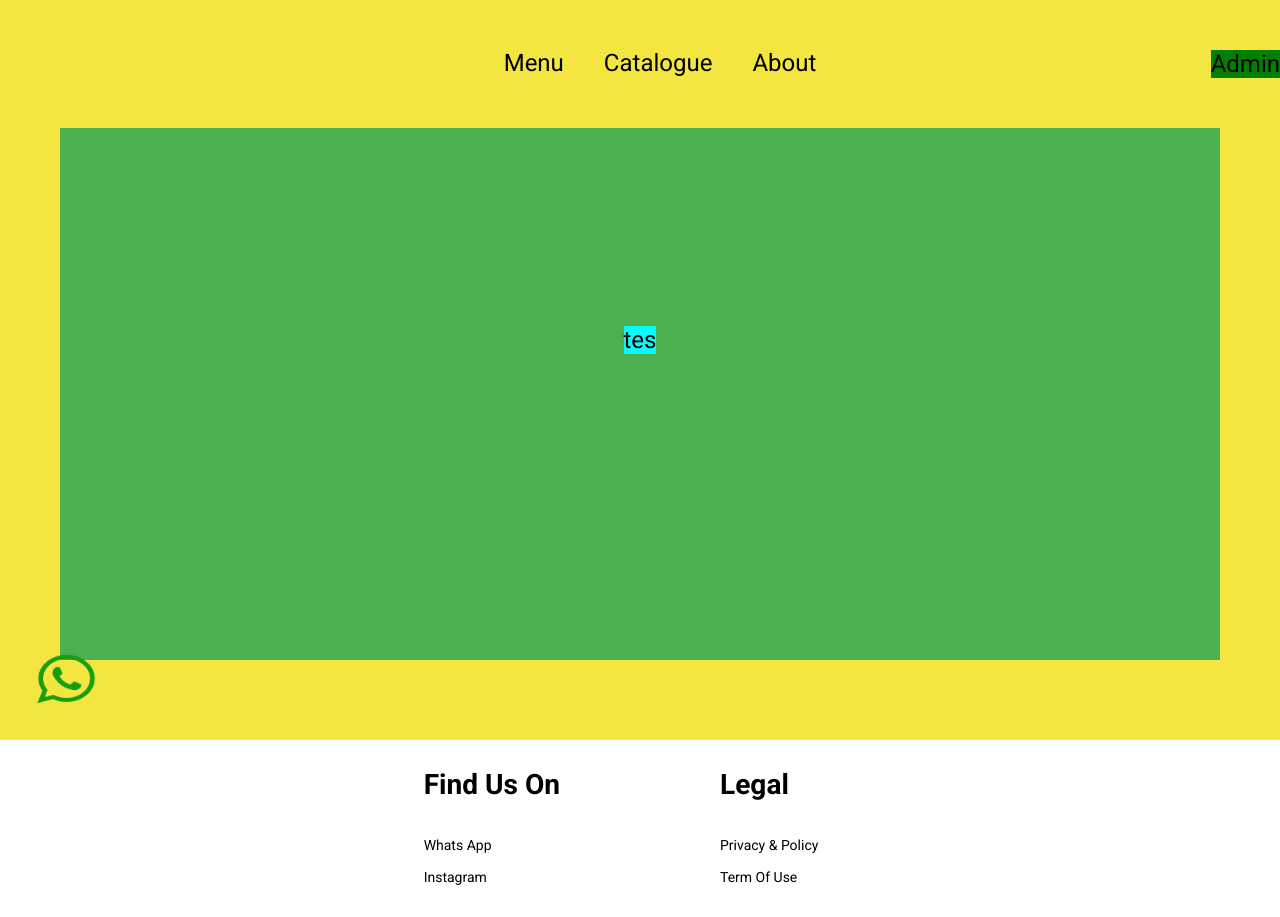
Repository: Fauzaanmhmd/Skripsi
Page: /about
The author's editor kept a copy of each file at every save. The page is drawn from the files as they stood at one save, then again after the next save.
The browser window is 1280 px wide. The pictures show the whole page.
The project was rebuilt for these pictures with package versions that can differ from the ones it lists, and the page was loaded fresh each time. The framework's server and built-in components were replaced by stand-ins that run in the browser. Also part of the build but not shown: next.config.js, components/background.js.

Above is the page before, as saved 2021-06-01 09:25:52.

After the next save:
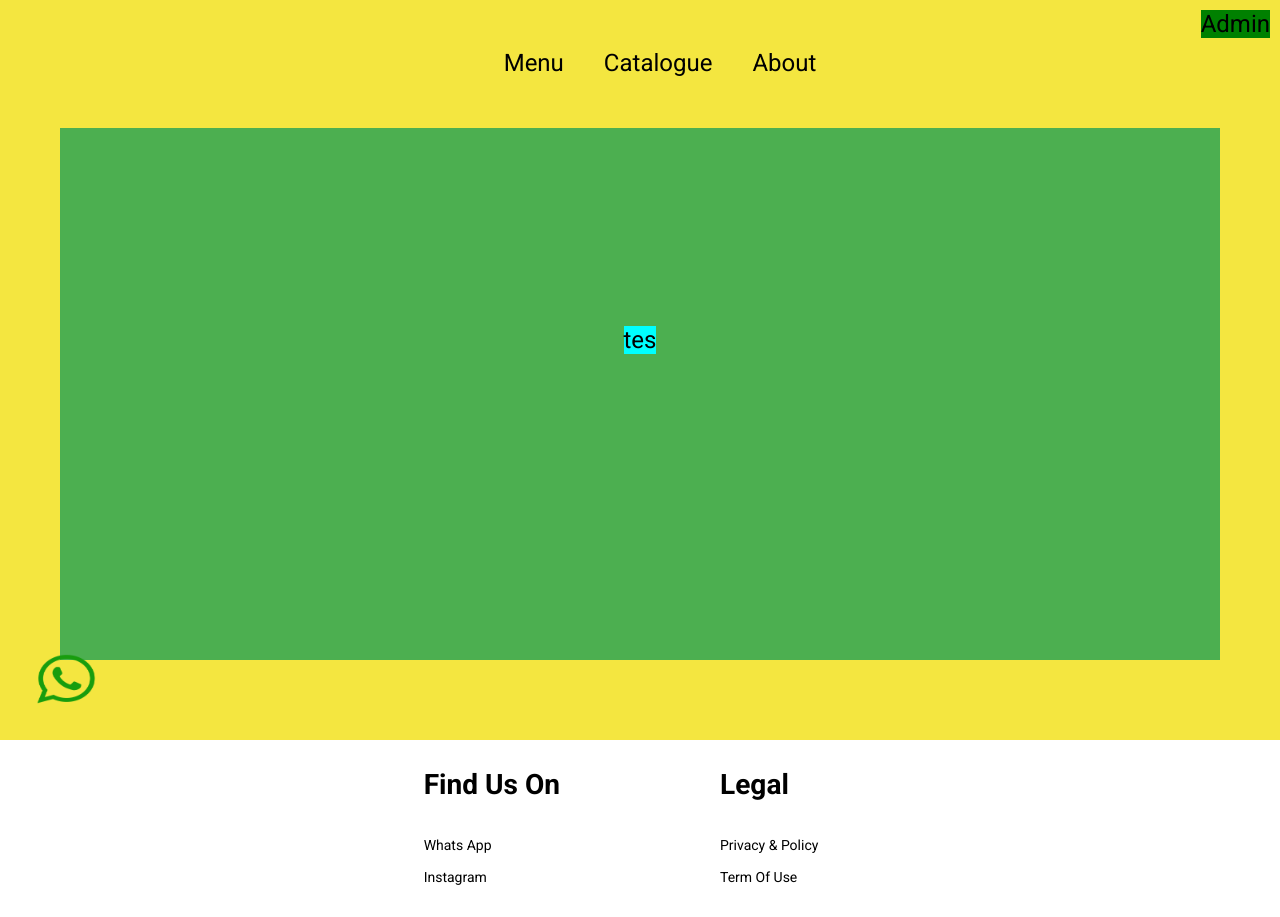
Saved 16 s later.
--- a/styles/globals.css
+++ b/styles/globals.css
@@ -481,6 +481,6 @@
 .navbar_admin {
   position: absolute;
   background-color: green;
-  top 0;
-  right: 0;
-}
+  top: 10px;
+  right: 10px;
+}
